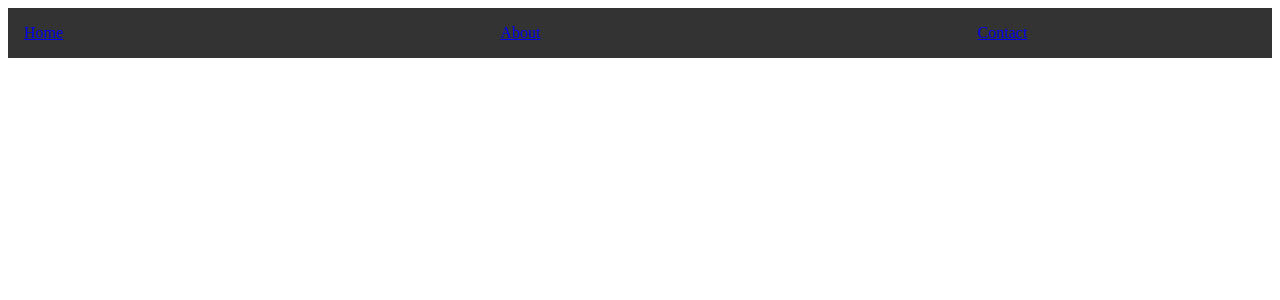
Repository: rgl02/GoHike
Page: http://localhost/
These files come from the project's save history. The page is drawn as it stood at one moment and after the next save; the edit follows.
The browser window is 1280 px wide. The pictures show the whole page.
The page is run by PHP 8.4 with error messages shown; the project is at /var/www/html/.

Above is the page before, as saved 2025-02-09 01:02:05.

### public/index.php
<!DOCTYPE html>
<html lang="en">
<head>
  <meta charset="UTF-8">
  <meta name="viewport" content="width=device-width, initial-scale=1.0">
  <title>Document</title>
  <link rel="stylesheet" href="/assets/css/index.css">
  <!-- <style>
    .navbar {
  background-color: #333;
  color: #fff;
  padding: 1rem;
}

.navbar ul {
  list-style: none;
  margin: 0;
  padding: 0;
  display: flex;
  justify-content: space-between;
}

.navbar li {
  margin-right: 20px;
}
  </style> -->
</head>
<body>
  <header>
   <nav class="navbar">
    <ul>
      <li><a href="#">Home</li>
      <li><a href="#">About</li>
      <li><a href="#">Contact</li>
    </ul>
   </nav>
  </header>
  <main></main>
  <footer></footer>
</body>
</html>

### assets/css/index.css
.navbar {
  background-color: #333;
  color: #fff;
  padding: 1rem;
}

.navbar ul {
  list-style: none;
  margin: 0;
  padding: 0;
  display: flex;
  justify-content: space-between;
}

.navbar li {
  margin-right: 20px;
}

After the next save:
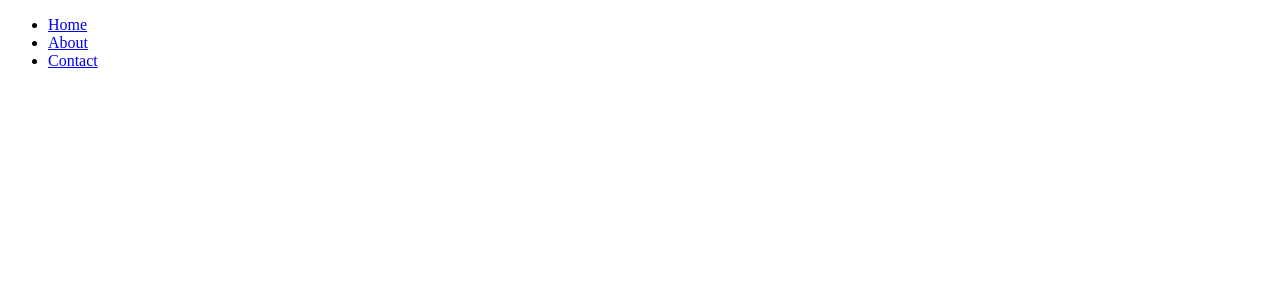
Not found: GoHike/public/assets/css/index.css
Saved 3 min 15 s later.
--- a/public/index.php
+++ b/public/index.php
@@ -4,7 +4,7 @@
   <meta charset="UTF-8">
   <meta name="viewport" content="width=device-width, initial-scale=1.0">
   <title>Document</title>
-  <link rel="stylesheet" href="/assets/css/index.css">
+  <link rel="stylesheet" href="/GoHike/public/assets/css/index.css">
   <!-- <style>
     .navbar {
   background-color: #333;

After the save that followed:
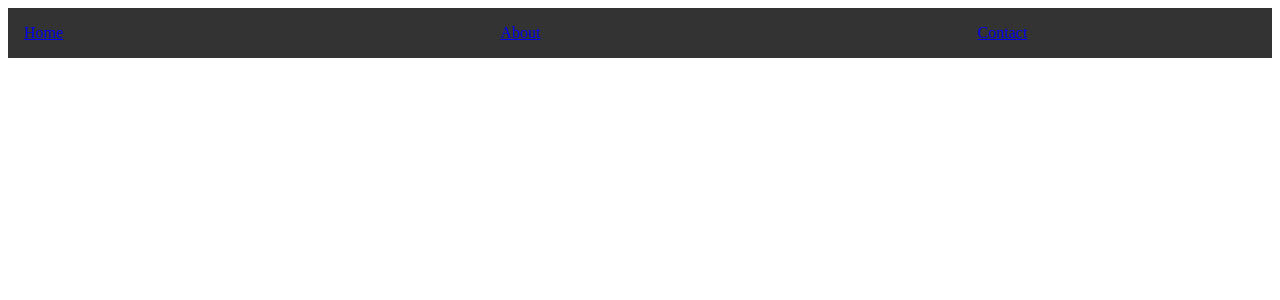
Saved 3 min 31 s later.
--- a/public/index.php
+++ b/public/index.php
@@ -4,7 +4,7 @@
   <meta charset="UTF-8">
   <meta name="viewport" content="width=device-width, initial-scale=1.0">
   <title>Document</title>
-  <link rel="stylesheet" href="/GoHike/public/assets/css/index.css">
+  <link rel="stylesheet" href="../assets/css/index.css">
   <!-- <style>
     .navbar {
   background-color: #333;
